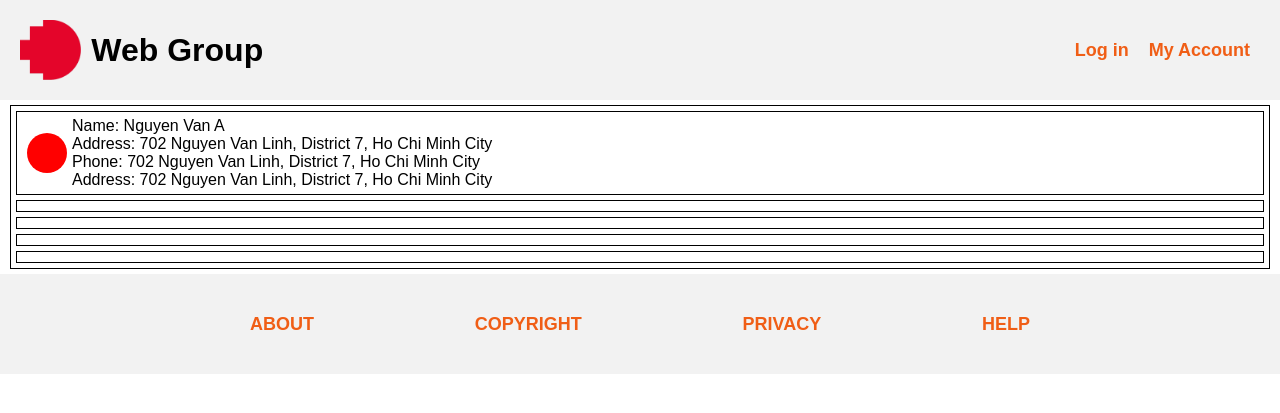
Repository: quynguyn/shoopingweb
Page: shipper.html
These files come from the project's save history. The page is drawn as it stood at one moment and after a run of saves; the edit follows.
The browser window is 1280 px wide. The pictures show the whole page.

Above is the page before, as saved 2023-05-04 15:09:07.

### shipper.html
<!DOCTYPE html>
<html lang="en">

<head>
	<meta charset="UTF-8">
	<meta http-equiv="X-UA-Compatible" content="IE=edge">
	<meta name="viewport" content="width=device-width, initial-scale=1.0">
	<title>Shipper</title>
	<link rel="stylesheet" href="Asset/CSS/style.css">
	<link rel="stylesheet" href="Asset/CSS/shipper.css">
</head>

<body>
	<!-- Header of the page -->
	<header>
		<div class="logo">
			<img src="logo.png" alt="Web Group Logo">
			<h1>Web Group</h1>
		</div>
		<nav>
			<ul>
				<li><a href="#">Log in</a></li>
				<li><a href="#">My Account</a></li>
			</ul>
		</nav>
	</header>
	<div class="main-container">
		<div class="orders-container">
			<div class="order">
				<div class="activity">
					<svg height="50" width="50">
						<circle cx="25" cy="25" r="20" fill="red" />
					</svg>
				</div>

				<div class="information-container">
					<div class="information">
						<pre>Name: </pre>
						<p class="name">Nguyen Van A</p>
					</div>

					<div class="information">
						<pre>Address: </pre>
						<p class="name">702 Nguyen Van Linh, District 7, Ho Chi Minh City</p>
					</div>

					<div class="information">
						<pre>Phone: </pre>
						<p class="name">702 Nguyen Van Linh, District 7, Ho Chi Minh City</p>
					</div>

					<div class="information">
						<pre>Address: </pre>
						<p class="name">702 Nguyen Van Linh, District 7, Ho Chi Minh City</p>
					</div>
				</div>
			</div>
			<div class="order">

			</div>
			<div class="order">

			</div>
			<div class="order">

			</div>
			<div class="order">

			</div>
		</div>
	</div>
	<!-- Footer of the page -->
	<footer>
		<div class="footer-links">
			<a href="#">About</a>
			<a href="#">Copyright</a>
			<a href="#">Privacy</a>
			<a href="#">Help</a>
		</div>
	</footer>

</body>

</html>

### Asset/CSS/style.css
/* Reset CSS */
:root {
    --main-color: #F58216;
    --primary-color: #ffb347;
    --secondary-color: #f05e16;
    --white-color: #f2f2f2;
    /* change the name */
}

/* Reset CSS  */
* {
    padding: 0;
    margin: 0;
    box-sizing: border-box;
    text-decoration: none;
    font-family: Arial, Helvetica, sans-serif;
}

/* Header CSS */
header {
    height: 100px;
    background-color:var(--white-color);
    display: flex;
    justify-content: space-between;
    align-items: center;
    padding: 0 20px;
  }

  .logo {
    display: flex;
    align-items: center;
  }

  .logo img {
    height: 60px;
    margin-right: 10px;
  }

  nav ul {
    display: flex;
    list-style: none;
    margin: 0;
    padding: 0;


  }

  nav ul li {
    margin: 0 10px;
  }

  nav ul li a {
    text-decoration: none;
    font-size: 18px;
    font-weight: bold;
    color: var(--secondary-color);
  }

  /* Footer css */
  footer {
    height: 100px;
    background-color: var(--white-color);
    display: flex;
    justify-content: center;
    align-items: center;
    color: var(--white-color);
  }

  footer div {
    display: flex;
    justify-content: space-between;
    width: 80%;
    max-width: 800px;
  }

  footer div a {
    color: var(--secondary-color);
    text-decoration: none;
    margin: 0 10px;
    text-transform: uppercase;
    font-weight: bold;
    font-size: large;
  }

### Asset/CSS/shipper.css
.main-container {
	margin: 5px;
}

.orders-container {
	margin: 5px;
	border: 1px solid black;
}

.order {
	margin: 5px;
	border: 1px solid black;
	padding: 5px;
	display: flex;
	flex-direction: row;
	align-items: center;
}

.activity {
	width: 50px;
	height: 50px;
}

.information {
	display: flex;
	flex-direction: row;
	align-items: center;
}

After the next 2 saves:
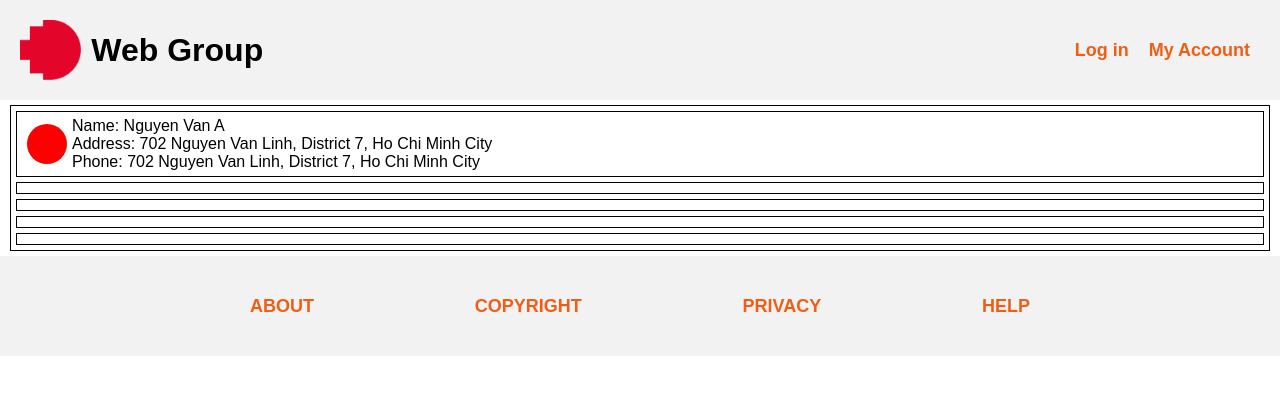
The 2 saves are shown as one change because they came seconds apart.
The last was saved 6 s later.
--- a/shipper.html
+++ b/shipper.html
@@ -48,11 +48,6 @@
 						<pre>Phone: </pre>
 						<p class="name">702 Nguyen Van Linh, District 7, Ho Chi Minh City</p>
 					</div>
-
-					<div class="information">
-						<pre>Address: </pre>
-						<p class="name">702 Nguyen Van Linh, District 7, Ho Chi Minh City</p>
-					</div>
 				</div>
 			</div>
 			<div class="order">
